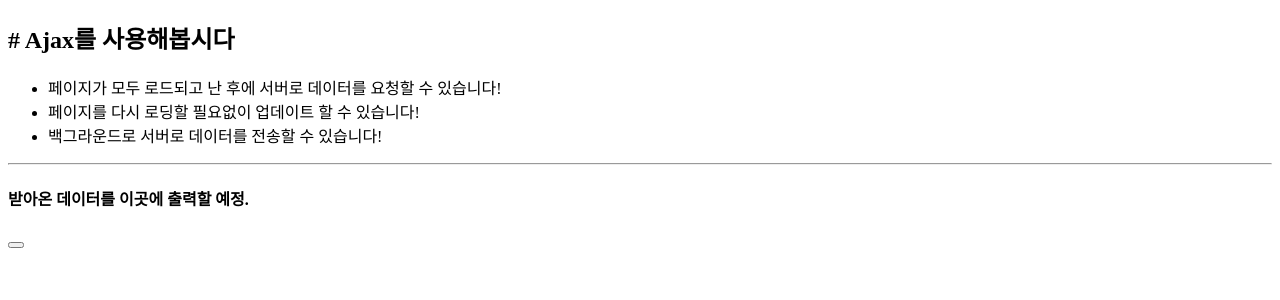
Repository: sirius455/spring-workspace
Page: http://localhost/Spring_REST/WEB-INF/views/ajax/home.jsp
The author's editor kept a copy of each file at every save. The page is drawn from the files as they stood at one save, then again after the next save.
The browser window is 1280 px wide. The pictures show the whole page.
The page is served by Tomcat 9. Nobody is signed in. The template is opened directly, without the code that normally fills it, so the values that code supplies are empty.

Above is the page before, as saved 2021-08-05 04:15:53.

After the next save:
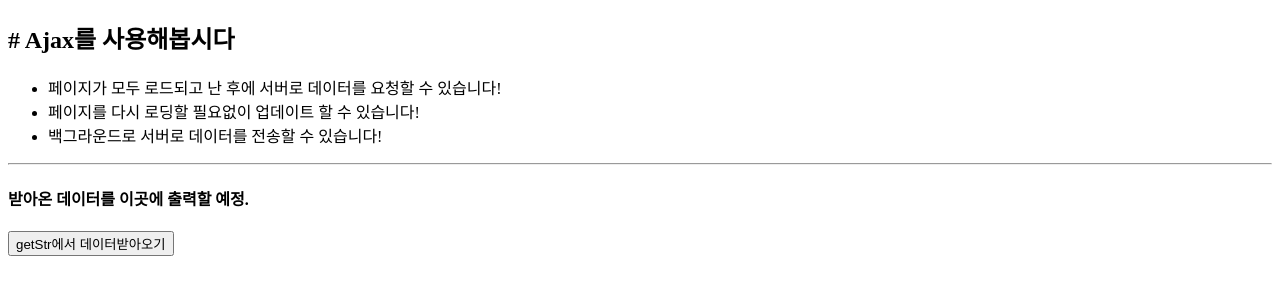
Saved 2 min 19 s later.
--- a/Spring_REST/src/main/webapp/WEB-INF/views/ajax/home.jsp
+++ b/Spring_REST/src/main/webapp/WEB-INF/views/ajax/home.jsp
@@ -22,7 +22,9 @@
 	<h4>받아온 데이터를 이곳에 출력할 예정.</h4>
 </div>
 
-<button onclick="loadStr"></button>
+<button onclick="loadStr">
+	getStr에서 데이터받아오기
+</button>
 
 <!-- 서버에서 자원을 사용할 때는 servlet-context의 자원경로를 사용해야 한다 -->
 <srcipt src="<%=request.getContextPath() %>/resources/js/ajax_home.txt"></srcipt>
